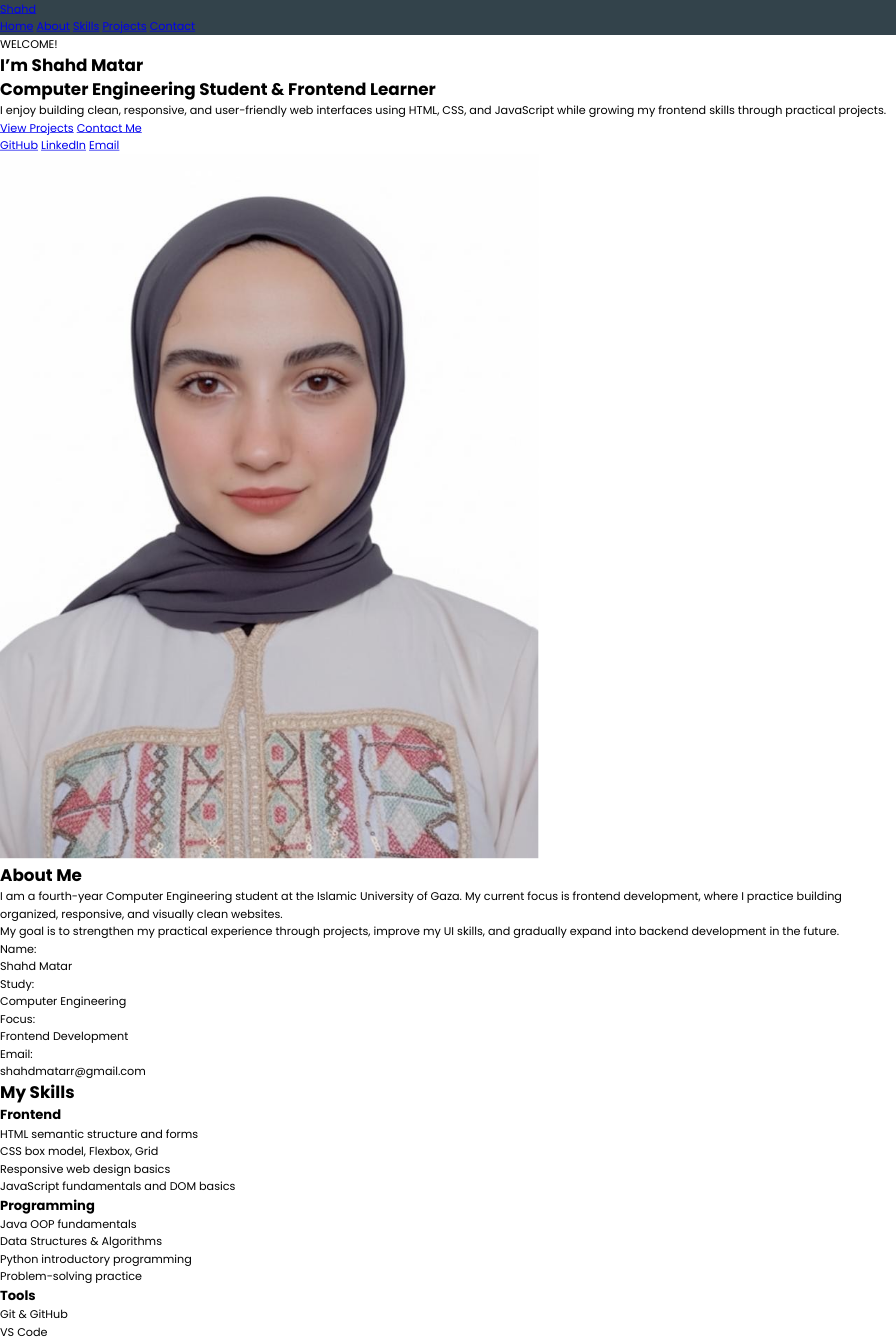
Repository: shahdmattar/personal-landing-page
Page: index.html
These files come from the project's save history. The page is drawn as it stood at one moment and after the next save; the edit follows.
The browser window is 1280 px wide. The pictures show the part of the page from y = 0 to 1920 px (the page is 3033 px tall), at 70% of full size.
A picture or video elsewhere on the page could not be fetched, so the positions and the page height are approximate.

Above is the page before, as saved 2026-04-14 22:27:17.

### index.html
<!doctype html>
<html lang="en">
  <head>
    <meta charset="UTF-8" />
    <meta name="viewport" content="width=device-width, initial-scale=1.0" />
    <title>Shahd Matar | Personal Landing Page</title>
    <meta
      name="description"
      content="Personal landing page of Shahd Matar, Computer Engineering student and frontend learner."
    />
    <link rel="stylesheet" href="https://cdnjs.cloudflare.com/ajax/libs/font-awesome/6.0.0/css/all.min.css">
    <link rel="stylesheet" href="style.css"/>
    <!-- <link rel="stylesheet" href="test.css"> -->
  </head>

  <body>
    <header>
        <a href="#" class="logo">Shahd</a>
        <nav class="navbar">
          <a href="#hero">Home</a>
          <a href="#about">About</a>
          <a href="#skills">Skills</a>
          <a href="#projects">Projects</a>
          <a href="#contact">Contact</a>
        </nav>
    </header>

    <main>
      <section id="hero" class="hero">
        <div class="container hero-container">
          <div class="hero-text">
            <p class="welcome-text">WELCOME!</p>
            <h1>I’m Shahd Matar</h1>
            <h2>Computer Engineering Student & Frontend Learner</h2>
            <p class="hero-description">
              I enjoy building clean, responsive, and user-friendly web
              interfaces using HTML, CSS, and JavaScript while growing my
              frontend skills through practical projects.
            </p>

            <div class="hero-buttons">
              <a href="#projects" class="btn btn-primary">View Projects</a>
              <a href="#contact" class="btn btn-outline">Contact Me</a>
            </div>

            <div class="social-links">
              <a
                href="https://github.com/shahdmattar"
                target="_blank"
                rel="noopener noreferrer"
                >GitHub</a
              >
              <a
                href="https://www.linkedin.com/in/shahd-matar-957608368"
                target="_blank"
                rel="noopener noreferrer"
                >LinkedIn</a
              >
              <a href="mailto:shahdmatarr@gmail.com">Email</a>
            </div>
          </div>

          <div class="hero-image">
            <img src="profile.jpeg" alt="Portrait of Shahd Matar" />
          </div>
        </div>
      </section>

      <section id="about" class="about section-padding">
        <div class="container">
          <h2 class="section-title">About <span>Me</span></h2>

          <div class="about-content">
            <div class="about-info">
              <p>
                I am a fourth-year Computer Engineering student at the Islamic
                University of Gaza. My current focus is frontend development,
                where I practice building organized, responsive, and visually
                clean websites.
              </p>
              <p>
                My goal is to strengthen my practical experience through
                projects, improve my UI skills, and gradually expand into
                backend development in the future.
              </p>
            </div>

            <div class="about-details">
              <div class="detail-item">
                <span>Name:</span>
                <p>Shahd Matar</p>
              </div>

              <div class="detail-item">
                <span>Study:</span>
                <p>Computer Engineering</p>
              </div>

              <div class="detail-item">
                <span>Focus:</span>
                <p>Frontend Development</p>
              </div>

              <div class="detail-item">
                <span>Email:</span>
                <p>shahdmatarr@gmail.com</p>
              </div>
            </div>
          </div>
        </div>
      </section>

      <section id="skills" class="skills section-padding">
        <div class="container">
          <h2 class="section-title">My <span>Skills</span></h2>

          <div class="skills-grid">
            <article class="skill-card">
              <h3>Frontend</h3>
              <ul>
                <li>HTML semantic structure and forms</li>
                <li>CSS box model, Flexbox, Grid</li>
                <li>Responsive web design basics</li>
                <li>JavaScript fundamentals and DOM basics</li>
              </ul>
            </article>

            <article class="skill-card">
              <h3>Programming</h3>
              <ul>
                <li>Java OOP fundamentals</li>
                <li>Data Structures &amp; Algorithms</li>
                <li>Python introductory programming</li>
                <li>Problem-solving practice</li>
              </ul>
            </article>

            <article class="skill-card">
              <h3>Tools</h3>
              <ul>
                <li>Git &amp; GitHub</li>
                <li>VS Code</li>
                <li>Chrome DevTools</li>
                <li>Basic project organization</li>
              </ul>
            </article>
          </div>
        </div>
      </section>

      <section id="projects" class="projects section-padding">
        <div class="container">
          <h2 class="section-title">My <span>Projects</span></h2>

          <div class="projects-grid">
            <article class="project-card">
              <img
                src="personalpage.png"
                alt="Preview of personal landing page project"
                class="project-image"
              />
              <div class="project-content">
                <h3>Personal Landing Page</h3>
                <p>
                  A modern personal portfolio page built with semantic HTML and
                  CSS, including hero, about, skills, projects, and contact
                  sections.
                </p>
                <div class="project-links">
                  <a
                    href="https://github.com/shahdmattar/personal-landing-page"
                    target="_blank"
                    rel="noopener noreferrer"
                    class="btn btn-small btn-primary"
                    >GitHub Repo</a
                  >
                  <a
                    href="https://shahdmattar.github.io/personal-landing-page/"
                    target="_blank"
                    rel="noopener noreferrer"
                    class="btn btn-small btn-outline"
                    >Live Demo</a
                  >
                </div>
              </div>
            </article>

            <article class="project-card">
              <img
                src="project2.jpg"
                alt="Preview of ecommerce UI project"
                class="project-image"
              />
              <div class="project-content">
                <h3>Responsive E-commerce UI</h3>
                <p>
                  A frontend e-commerce interface concept with product cards,
                  modern layout, clean styling, and responsive behavior for
                  mobile and desktop screens.
                </p>
                <div class="project-links">
                  <a href="#" class="btn btn-small btn-primary">GitHub Repo</a>
                  <a href="#" class="btn btn-small btn-outline">Live Demo</a>
                </div>
              </div>
            </article>
          </div>
        </div>
      </section>

      <section id="contact" class="contact section-padding">
        <div class="container">
          <h2 class="section-title">Contact <span>Me</span></h2>

          <form action="#" method="post" class="contact-form">
            <div class="input-row">
              <input
                type="text"
                name="name"
                placeholder="Your Name"
                required
                minlength="2"
                autocomplete="name"
              />
              <input
                type="email"
                name="email"
                placeholder="Your Email"
                required
                autocomplete="email"
              />
            </div>

            <textarea
              name="message"
              rows="7"
              placeholder="Write your message..."
              required
              minlength="10"
            ></textarea>

            <button type="submit" class="btn btn-primary">Send Message</button>
          </form>

          <p class="contact-note">
            You can also contact me directly at
            <a href="mailto:shahdmatarr@gmail.com">shahdmatarr@gmail.com</a>
          </p>
        </div>
      </section>
    </main>

    <footer class="site-footer">
      <div class="container">
        <p>&copy; 2026 Shahd Matar.</p>
      </div>
    </footer>
  </body>
</html>

### style.css
@import url('https://fonts.googleapis.com/css2?family=Dancing+Script:wght@400..700&family=Poppins:ital,wght@0,100;0,200;0,300;0,400;0,500;0,600;0,700;0,800;0,900;1,100;1,200;1,300;1,400;1,500;1,600;1,700;1,800;1,900&display=swap');

* {
  font-family:"Poppins", sans-serif;
  margin: 0;
  padding: 0;
  box-sizing: border-box;
  scroll-behavior:smooth;
}
header{
  background-color:rgba(0,20,30,0.8)
}

After the next save:
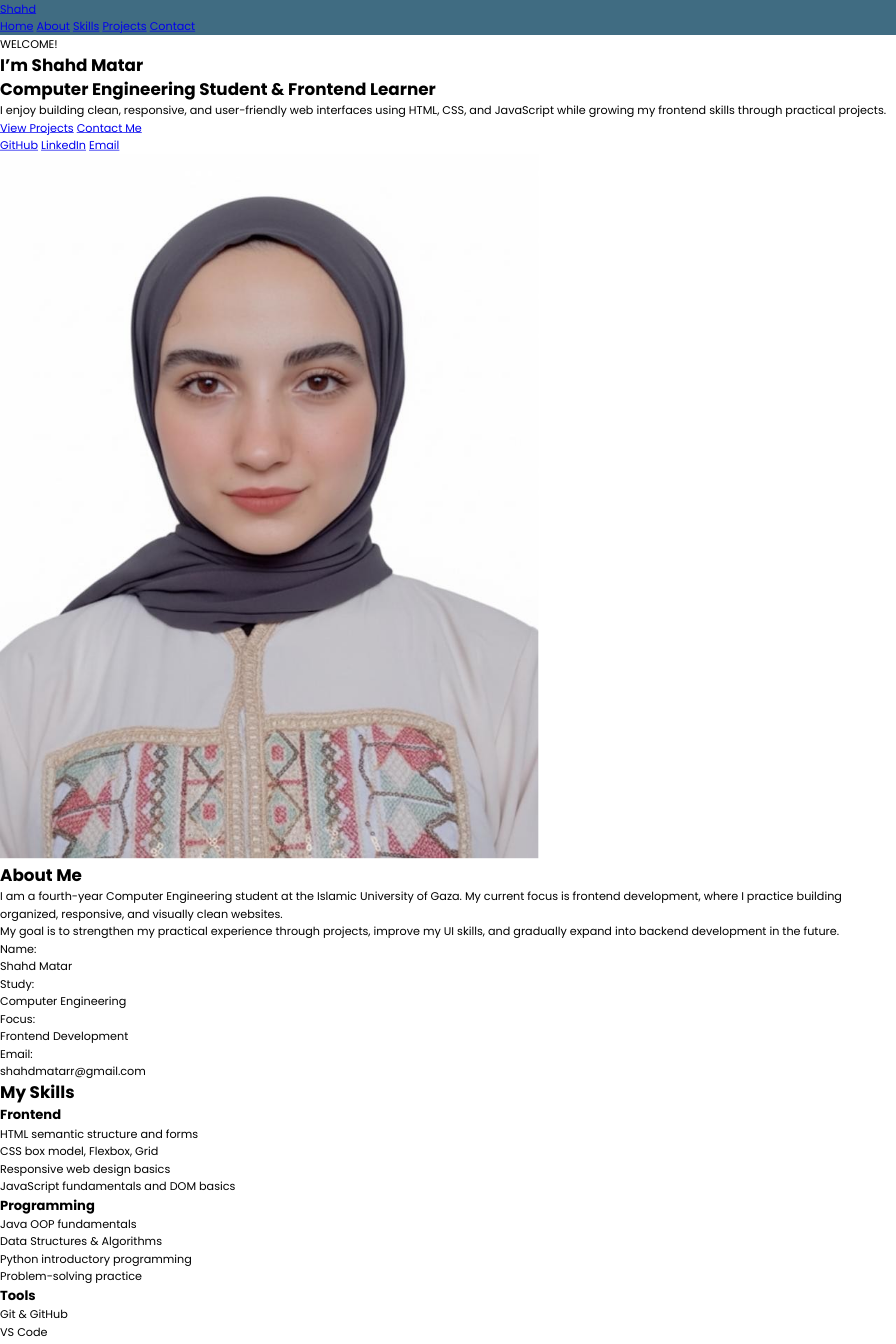
Saved 9 s later.
--- a/style.css
+++ b/style.css
@@ -8,5 +8,5 @@
   scroll-behavior:smooth;
 }
 header{
-  background-color:rgba(0,20,30,0.8)
+  background-color:rgba(17, 72, 99, 0.8)
 }
